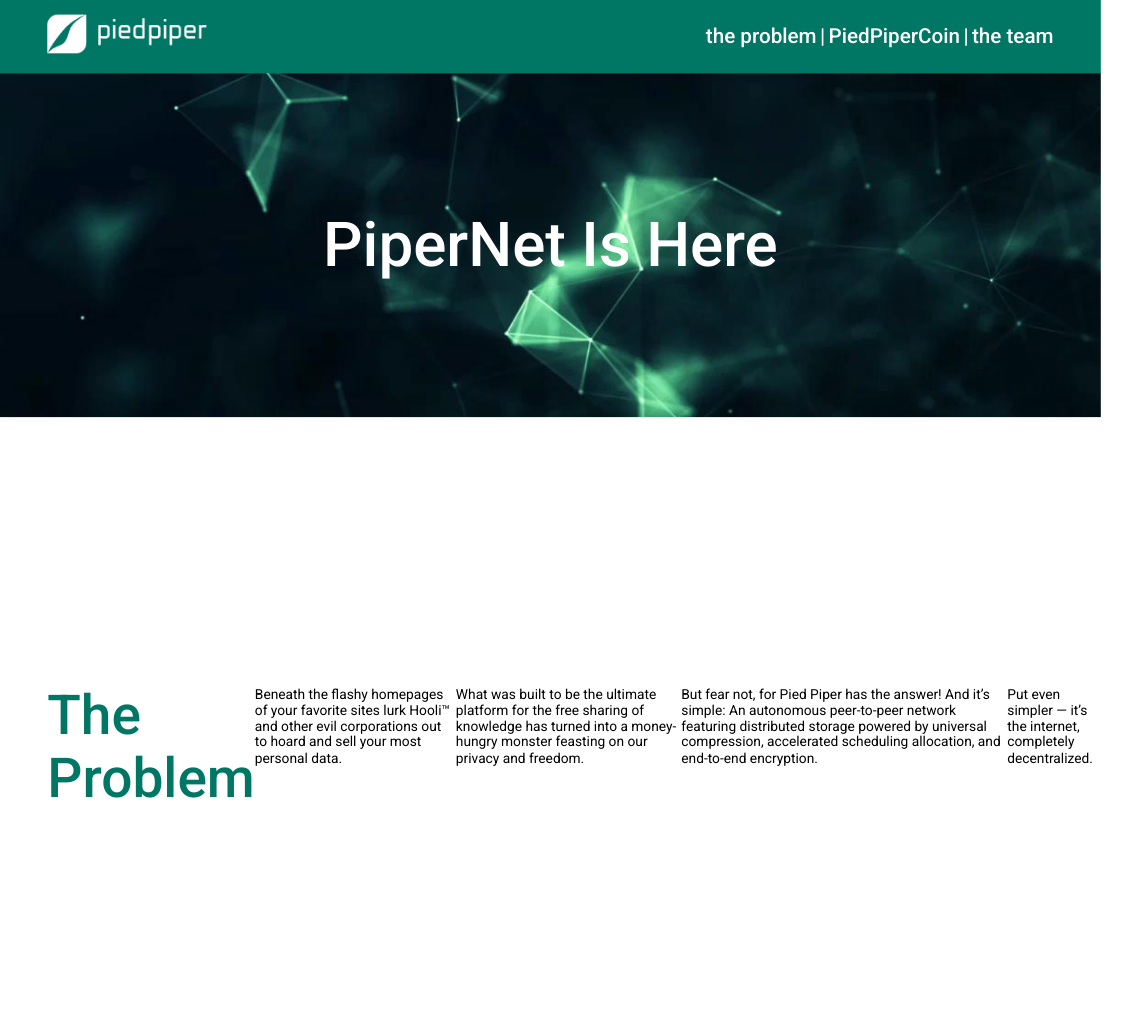
Repository: Valera1994/WebTestProject
Page: New3/index.html
These files come from the project's save history. The page is drawn as it stood at one moment and after the next save; the edit follows.
The browser window is 1280 px wide. The page is 1330 px wide, so the pictures cover 1330 px, including what lies to the right of the window. The pictures show the whole page, at 86% of full size.

Above is the page before, as saved 2025-07-27 00:21:19.

After the next save:
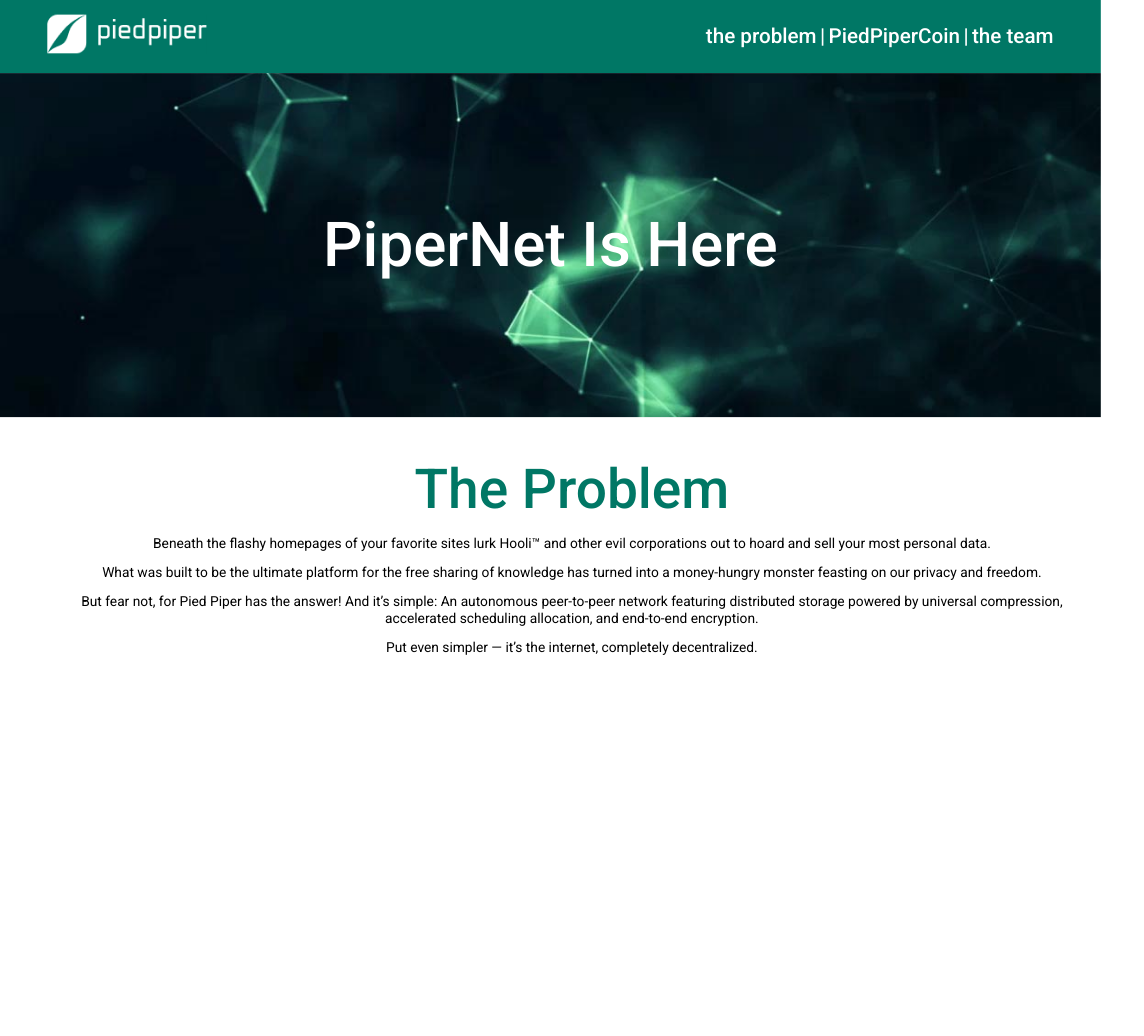
Saved 26 s later.
--- a/New3/style.css
+++ b/New3/style.css
@@ -62,8 +62,7 @@
     height: 720px;
     padding: 0 55px;
     margin: 0 auto;
-    display: flex;
-    align-items: center;
+    text-align: center;
 }
 
 .hello{
